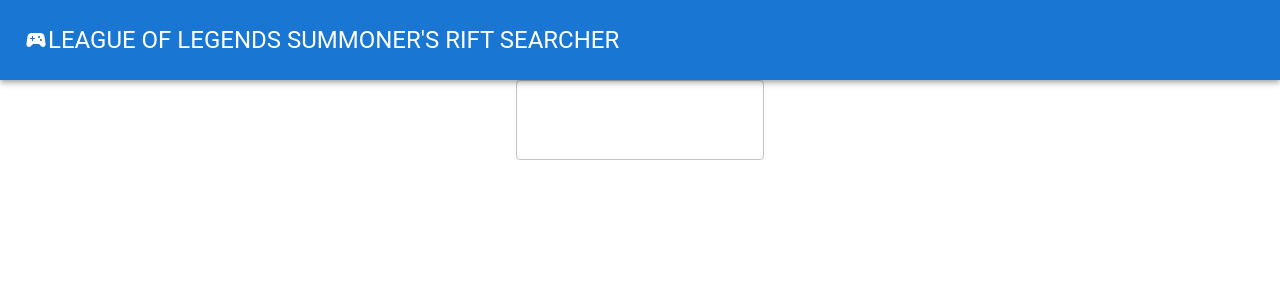
Repository: Mikerr21/League-Of-Legends-API
Page: /
The author's editor kept a copy of each file at every save. The page is drawn from the files as they stood at one save, then again after the next save.
The browser window is 1280 px wide. The pictures show the whole page.
The project was rebuilt for these pictures with package versions that can differ from the ones it lists, and the page was loaded fresh each time.

Above is the page before, as saved 2022-09-23 18:46:58.

### public/index.html
<!DOCTYPE html>
<html lang="en">
  <head>
    <meta charset="utf-8" />
    <link rel="icon" href="%PUBLIC_URL%/favicon.ico" />
    <meta name="viewport" content="width=device-width, initial-scale=1" />
    <meta name="theme-color" content="#000000" />
    <meta
      name="description"
      content="Web site created using create-react-app"
    />
    <link rel="apple-touch-icon" href="%PUBLIC_URL%/logo192.png" />

    <title>React App</title>
  </head>
  <body>
    <noscript>You need to enable JavaScript to run this app.</noscript>
    <div id="root"></div>

  </body>
</html>

### src/App.js
import React from "react";
import { useState } from "react";
import {AppBar} from "@mui/material";
import {Toolbar} from "@mui/material";
import {CssBaseline} from "@mui/material";
import SportsEsportsIcon from '@mui/icons-material/SportsEsports';
import OutlinedInput from '@mui/material/OutlinedInput';
import './App.css';
import { Typography } from "@mui/material";
function App() {






  return (
    <div className="App">
      <CssBaseline />

<AppBar position="static" >
  <Toolbar variant="dense" style={{height:'80px'}}>
    <SportsEsportsIcon></SportsEsportsIcon>
    <Typography variant="h5" component="h2">
  LEAGUE OF LEGENDS SUMMONER'S RIFT SEARCHER
</Typography>
  </Toolbar>
</AppBar>
<OutlinedInput style={{height:'80px'}} ></OutlinedInput>
    </div>
  );
}

export default App;

Loaded but not shown: src/index.js (common file); src/index.css (common file); src/App.css (common file)

After the next save:
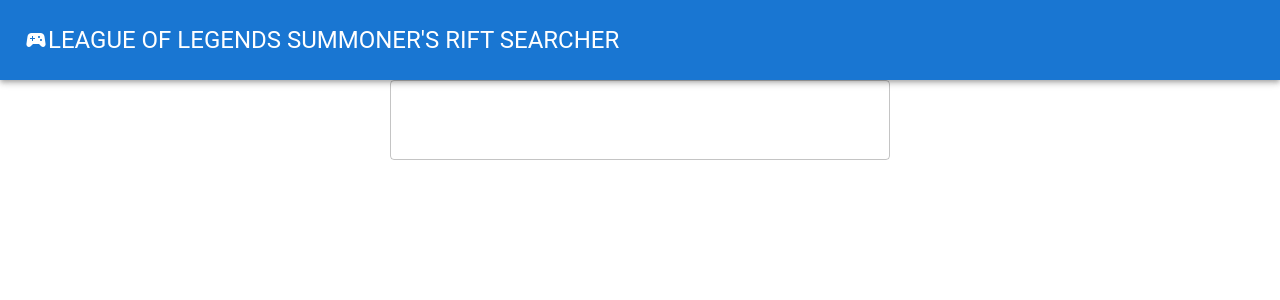
Saved 14 s later.
--- a/src/App.js
+++ b/src/App.js
@@ -26,7 +26,7 @@
 </Typography>
   </Toolbar>
 </AppBar>
-<OutlinedInput style={{height:'80px'}} ></OutlinedInput>
+<OutlinedInput style={{height:'80px',width:"500px"}} ></OutlinedInput>
     </div>
   );
 }
